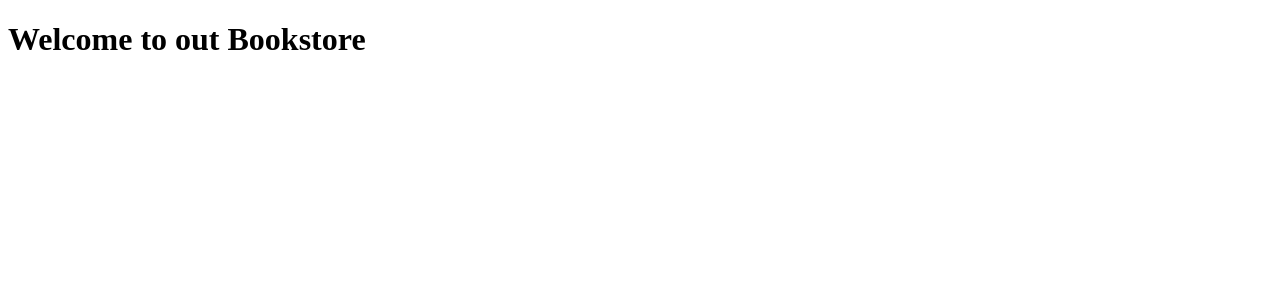
Repository: Ibrahim-Abohola/BookStore
Page: index.html
An editor plug-in stored every save of this project. The page is shown before and after the next save, followed by the edit.
The browser window is 1280 px wide. The pictures show the whole page.

Above is the page before, as saved 2025-07-16 00:08:49.

After the next save:
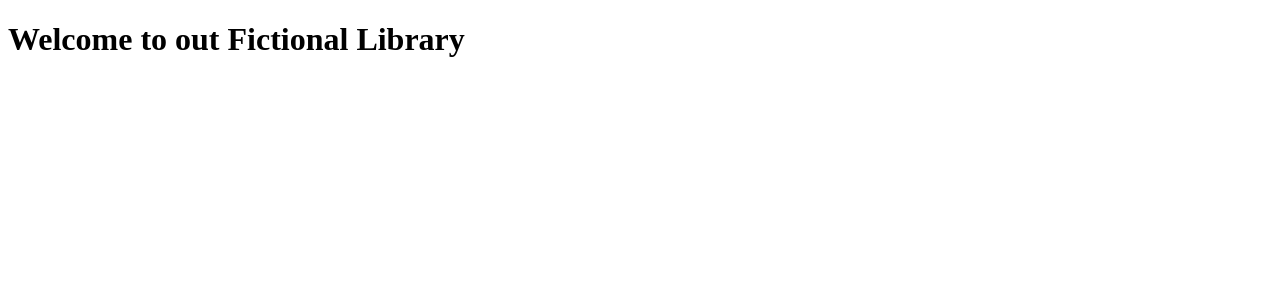
Saved 8 s later.
--- a/index.html
+++ b/index.html
@@ -5,6 +5,6 @@
   <title>Home</title>
 </head>
 <body>
-  <h1>Welcome to out Bookstore</h1>
+  <h1>Welcome to out Fictional Library</h1>
 </body>
 </html>
